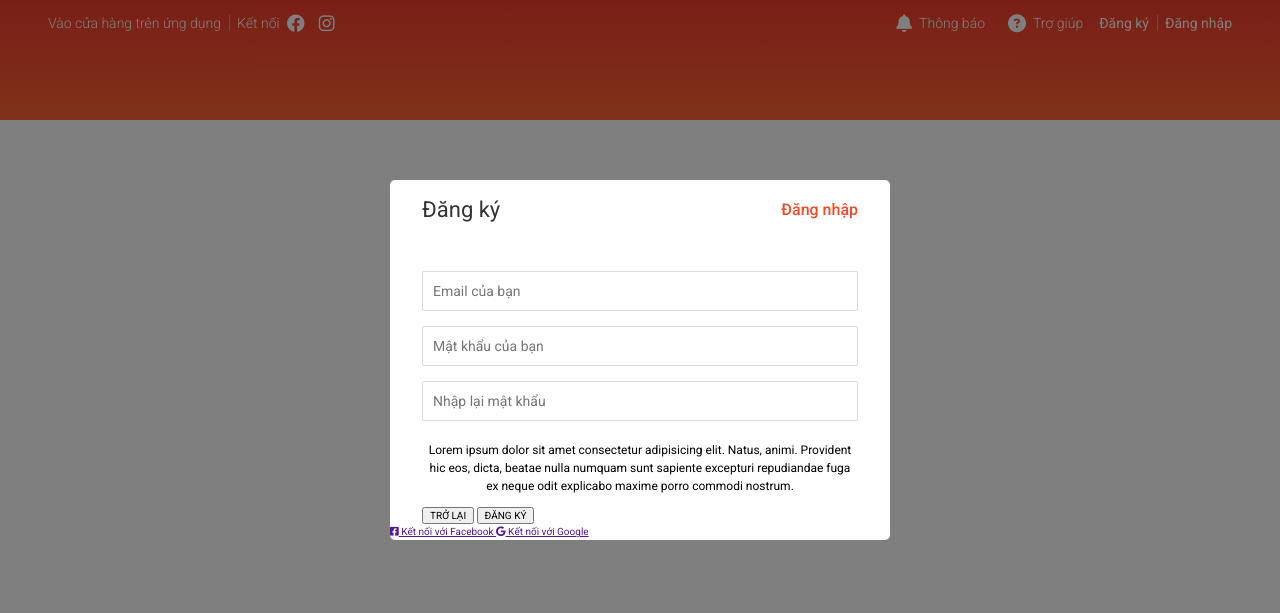
Repository: dptuyen1/F8-Tutorial
Page: index.html
These files come from the project's save history. The page is drawn as it stood at one moment and after the next save; the edit follows.
The browser window is 1280 px wide. The pictures show the whole page.

Above is the page before, as saved 2023-05-08 17:08:01.

### index.html
<!DOCTYPE html>
<html lang="en">
  <head>
    <meta charset="UTF-8" />
    <meta http-equiv="X-UA-Compatible" content="IE=edge" />
    <meta name="viewport" content="width=device-width, initial-scale=1.0" />
    <title>Document</title>
    <link
      rel="stylesheet"
      href="https://cdnjs.cloudflare.com/ajax/libs/normalize/8.0.1/normalize.min.css"
      integrity="sha512-NhSC1YmyruXifcj/KFRWoC561YpHpc5Jtzgvbuzx5VozKpWvQ+4nXhPdFgmx8xqexRcpAglTj9sIBWINXa8x5w=="
      crossorigin="anonymous"
      referrerpolicy="no-referrer"
    />
    <link rel="stylesheet" href="assets/css/base.css" />
    <link rel="stylesheet" href="assets/css/main.css" />
    <link
      rel="stylesheet"
      href="assets/fonts/fontawesome-free-6.4.0-web/css/all.min.css"
    />
    <link rel="preconnect" href="https://fonts.googleapis.com" />
    <link rel="preconnect" href="https://fonts.gstatic.com" crossorigin />
    <link
      href="https://fonts.googleapis.com/css2?family=Roboto:wght@300;400;500;700&display=swap"
      rel="stylesheet"
    />
  </head>

  <body>
    <div class="app">
      <header class="header">
        <div class="grid">
          <nav class="header__navbar">
            <ul class="header__navbar-list">
              <li
                class="header__navbar-item header__navbar-item-has-qr header__navbar-item-separate"
              >
                Vào cửa hàng trên ứng dụng
                <div class="header__qr">
                  <img
                    src="assets/img/qr_code.png"
                    alt="QR Cođe"
                    class="header__qr-img"
                  />
                  <div class="header__qr-apps">
                    <a href="" class="header__qr-link">
                      <img
                        src="assets/img/google_play.png"
                        alt="Google Play"
                        class="header__qr-download-img"
                      />
                    </a>
                    <a href="" class="header__qr-link">
                      <img
                        src="assets/img/app_store.png"
                        alt="App Store"
                        class="header__qr-download-img"
                      />
                    </a>
                  </div>
                </div>
              </li>
              <li class="header__navbar-item">
                <span class="header__navbar-title-no-pointer">Kết nối</span>
                <a href="" class="header__navbar-icon-link">
                  <i class="header__navbar-icon fa-brands fa-facebook"></i>
                </a>
                <a href="" class="header__navbar-icon-link">
                  <i class="header__navbar-icon fa-brands fa-instagram"></i>
                </a>
              </li>
            </ul>
            <ul class="header__navbar-list">
              <li class="header__navbar-item header__navbar-item--has-notify">
                <a href="" class="header__navbar-item-link">
                  <a href="" class="header__navbar-icon-link">
                    <i class="header__navbar-icon fa-solid fa-bell"></i> </a
                  >Thông báo
                </a>
                <div class="header__notify">
                  <header class="header__notify-header">
                    <h3>Thông báo mới nhận</h3>
                  </header>
                  <ul class="header__notify-list">
                    <li class="header__notify-item">
                      <a href="" class="header_notify-link">
                        <img
                          src="assets/img/comestic.jpg"
                          alt=""
                          class="header__notify-img"
                        />
                        <div class="header__notify-info">
                          <span class="header_notify-name"
                            >Mỹ phẩm Ohui chính hãng</span
                          >
                          <span class="header__notify-description"
                            >Mô tả mỹ tả Ohui chính hãng</span
                          >
                        </div>
                      </a>
                    </li>
                    <li class="header__notify-item header__notify-item--read">
                      <a href="" class="header_notify-link">
                        <img
                          src="assets/img/comestic.jpg"
                          alt=""
                          class="header__notify-img"
                        />
                        <div class="header__notify-info">
                          <span class="header_notify-name"
                            >Mỹ phẩm Ohui chính hãng</span
                          >
                          <span class="header__notify-description"
                            >Mô tả mỹ tả Ohui chính hãng</span
                          >
                        </div>
                      </a>
                    </li>
                    <li class="header__notify-item">
                      <a href="" class="header_notify-link">
                        <img
                          src="assets/img/comestic.jpg"
                          alt=""
                          class="header__notify-img"
                        />
                        <div class="header__notify-info">
                          <span class="header_notify-name"
                            >Mỹ phẩm Ohui chính hãng</span
                          >
                          <span class="header__notify-description"
                            >Mô tả mỹ tả Ohui chính hãng</span
                          >
                        </div>
                      </a>
                    </li>
                  </ul>
                  <footer class="header__notify-footer">
                    <a href="" class="header__notify-footer-btn">Xem tất cả</a>
                  </footer>
                </div>
              </li>
              <li class="header__navbar-item">
                <a href="" class="header__navbar-item-link">
                  <a href="" class="header__navbar-icon-link">
                    <i
                      class="header__navbar-icon fa-solid fa-circle-question"
                    ></i></a
                  >Trợ giúp
                </a>
              </li>
              <li
                class="header__navbar-item header__navbar-item-bold header__navbar-item-separate"
              >
                Đăng ký
              </li>
              <li class="header__navbar-item header__navbar-item-bold">
                Đăng nhập
              </li>
            </ul>
          </nav>
        </div>
      </header>

      <div class="container"></div>

      <footer class="footer"></footer>
    </div>

    <!-- Modal layout -->
    <div class="modal">
      <div class="modal__overlay"></div>
      <div class="modal__body">
        <div class="modal__inner"></div>

        <!-- Authenticated Form -->
        <form class="auth-form">
          <div class="auth-form__container">
            <div class="auth-form__header">
              <h3 class="auth_form__heading">Đăng ký</h3>
              <span class="auth_form__switch-btn">Đăng nhập</span>
            </div>
            <div class="auth-form__form">
              <div class="auth-form__group">
                <input
                  type="text"
                  class="auth-form__input"
                  placeholder="Email của bạn"
                />
              </div>
              <div class="auth-form__group">
                <input
                  type="password"
                  class="auth-form__input"
                  placeholder="Mật khẩu của bạn"
                />
              </div>
              <div class="auth-form__group">
                <input
                  type="password"
                  class="auth-form__input"
                  placeholder="Nhập lại mật khẩu"
                />
              </div>
            </div>
            <div class="auth-form__aside">
              <p>
                Lorem ipsum dolor sit amet consectetur adipisicing elit. Natus,
                animi. Provident hic eos, dicta, beatae nulla numquam sunt
                sapiente excepturi repudiandae fuga ex neque odit explicabo
                maxime porro commodi nostrum.
              </p>
            </div>
            <div class="auth-form_controls">
              <button class="btn">TRỞ LẠI</button>
              <button class="btn btn--primary">ĐĂNG KÝ</button>
            </div>
          </div>

          <div class="auth-form_socials">
            <a href="" class="btn btn--with-icon">
              <i class="fa-brands fa-square-facebook"></i>
              Kết nối với Facebook
            </a>
            <a href="" class="btn btn--with-icon">
              <i class="fa-brands fa-google"></i>
              Kết nối với Google
            </a>
          </div>
        </form>
      </div>
    </div>
  </body>
</html>

### assets/css/base.css
:root {
  --primary-color: #ee4d2d;
  --white-color: #fff;
  --black-color: #000;
  --text-color: #333;
  --border-color: #dbdbdb;
}

* {
  box-sizing: inherit;
}

html {
  font-size: 62.5%;
  line-height: 1.6rem;
  font-family: "Roboto", sans-serif;
  box-sizing: border-box;
}

.grid {
  width: 1200px;
  max-width: 100%;
  /* căn giữa */
  margin: 0 auto;
}

.grid__full-width {
  width: 100%;
}

.grid__row {
  display: flex;
  flex-wrap: wrap;
}

/* Modal */
.modal {
  position: fixed;
  top: 0;
  right: 0;
  bottom: 0;
  left: 0;
  display: flex;
}

.modal__overlay {
  position: absolute;
  width: 100%;
  height: 100%;
  background-color: rgba(0, 0, 0, 0.5);
}

.modal__body {
  background-color: var(--white-color);
  margin: auto;
  position: relative;
  z-index: 1;
  border-radius: 5px;
}

.modal__inner {
}

/* Animation */
@keyframes fadeIn {
  from {
    opacity: 0;
  }

  to {
    opacity: 1;
  }
}

@keyframes notifyGrowth {
  from {
    opacity: 0;
    transform: scale(0);
  }

  to {
    opacity: 1;
    transform: scale(1);
  }
}

### assets/css/main.css
.header {
  height: 120px;
  background-image: linear-gradient(0, #fe6433, #f53e2d);
}

.header__navbar {
  display: flex;
  justify-content: space-between;
}

.header__navbar-list {
  list-style: none;
  padding-left: 0;
}

.header__navbar-item {
  margin: 0 8px;
  position: relative;
  min-height: 26px;
}

.header__navbar-item-has-qr:hover .header__qr {
  display: block;
}

.header__navbar-item,
.header__navbar-item-link {
  display: inline-block;
  font-size: 1.4rem;
  color: var(--white-color);
  text-decoration: none;
  font-weight: 300;
}

.header__navbar-list,
.header__navbar-item,
.header__navbar-item-link,
.header__navbar-icon-link {
  display: inline-flex;
  align-items: center;
}

.header__navbar-item:hover,
.header__navbar-item-link:hover,
.header__navbar-icon-link:hover {
  color: rgba(255, 255, 255, 0.5);
  cursor: pointer;
}

.header__navbar-item--has-notify:hover .header__notify {
  display: block;
}

.header__navbar-item-bold {
  font-weight: 400;
}

.header__navbar-item-separate::after {
  content: "";
  display: block;
  position: absolute;
  border-left: 1px solid #fb9086;
  height: 16px;
  right: -9px;
  top: 50%;
  transform: translateY(-50%);
}

.header__navbar-icon-link {
  color: var(--white-color);
  text-decoration: none;
}

.header__navbar-icon {
  font-size: 1.8rem;
  margin: 0 7px;
}

.header__navbar-title-no-pointer {
  cursor: text;
  color: var(--white-color);
}

/* Header QR Code  */
.header__qr {
  width: 185px;
  background-color: var(--white-color);
  position: absolute;
  left: 0;
  /* cao bằng thẻ chứa nó */
  top: 150%;
  padding: 8px;
  border-radius: 2px;
  display: none;
  animation: fadeIn ease-in 0.5s;
}

.header__qr::before {
  content: "";
  display: block;
  position: absolute;
  width: 100%;
  height: 20px;
  left: 0;
  top: -20px;
}

.header__qr-img {
  width: 100%;
}

.header__qr-apps {
  display: flex;
  justify-content: space-between;
}

.header__qr-link:first-child {
  margin-left: 11px;
}

.header__qr-link:last-child {
  margin-right: 11px;
}

.header__qr-download-img {
  height: 15px;
}

/* Header notification */

.header__notify {
  position: absolute;
  top: 150%;
  right: 0;
  width: 405px;
  background-color: var(--white-color);
  border: 1px solid #d3d3d3;
  border-radius: 2px;
  cursor: default;
  transform-origin: top right;
  display: none;
  animation: notifyGrowth ease-in 0.5s;
}

.header__notify::before {
  content: "";
  border-width: 20px 30px;
  border-style: solid;
  border-color: transparent transparent var(--white-color) transparent;
  position: absolute;
  right: 0;
  top: -30px;
}

.header__notify::after {
  content: "";
  display: block;
  position: absolute;
  right: 0;
  top: -20px;
  width: 100%;
  height: 20px;
}

.header__notify-header {
  height: 40px;
  background-color: var(--white-color);
}

.header__notify-header h3 {
  color: #999;
  margin: 0 0 0 12px;
  font-weight: 400;
  font-size: 1.4rem;
  line-height: 40px;
}

.header__notify-list {
  padding-left: 0;
}

.header__notify-item {
  display: flex;
}

.header__notify-item:hover {
  background-color: #f7f7f7;
}

.header__notify-item--read {
  background-color: rgba(238, 77, 45, 0.2);
}

.header_notify-link {
  width: 100%;
  display: flex;
  padding: 12px;
  text-decoration: none;
}

.header__notify-img {
  width: 50px;
  object-fit: contain;
}

.header__notify-info {
  margin-left: 12px;
}

.header_notify-name {
  display: block;
  font-size: 1.4rem;
  color: var(--black-color);
  font-weight: 400;
}

.header__notify-description {
  display: block;
  font-size: 1.2rem;
  line-height: 2rem;
  color: #756f6e;
  margin-top: 10px;
}

.header__notify-footer {
  display: flex;
}

.header__notify-footer-btn {
  text-decoration: none;
  color: var(--text-color);
  margin: 0 auto;
  padding: 10px;
  font-size: 1.4rem;
  font-weight: 400;
}

/* Authenticated modal */
.auth-form {
  width: 500px;
}

.auth-form__container {
  padding: 0 32px;
}

.auth-form__header {
  display: flex;
  align-items: center;
  justify-content: space-between;
}

.auth_form__heading {
  font-size: 2.2rem;
  font-weight: 400;
  color: var(--text-color);
}

.auth_form__switch-btn {
  font-size: 1.6rem;
  color: var(--primary-color);
  font-weight: 500;
  cursor: pointer;
}

.auth-form__form {
  margin-top: 16px;
}

.auth-form__group {
}

.auth-form__input {
  width: 100%;
  height: 40px;
  margin-top: 15px;
  padding: 0 10px;
  font-size: 1.4rem;
  border: 1px solid var(--border-color);
  border-radius: 2px;
  outline: none;
}

.auth-form__input:focus {
  border-color: #777;
}

.auth-form__aside {
  margin-top: 20px;
}

.auth-form__aside p {
  font-size: 1.2rem;
  line-height: 1.8rem;
  text-align: center;
}

.auth-form_controls {
}

.btn {
}

.btn--primary {
}

.auth-form_socials {
}

.btn--with-icon {
}

.fa-brands {
}

.fa-square-facebook {
}

.fa-google {
}

Loaded but not shown: assets/fonts/fontawesome-free-6.4.0-web/css/all.min.css (library)

After the next save:
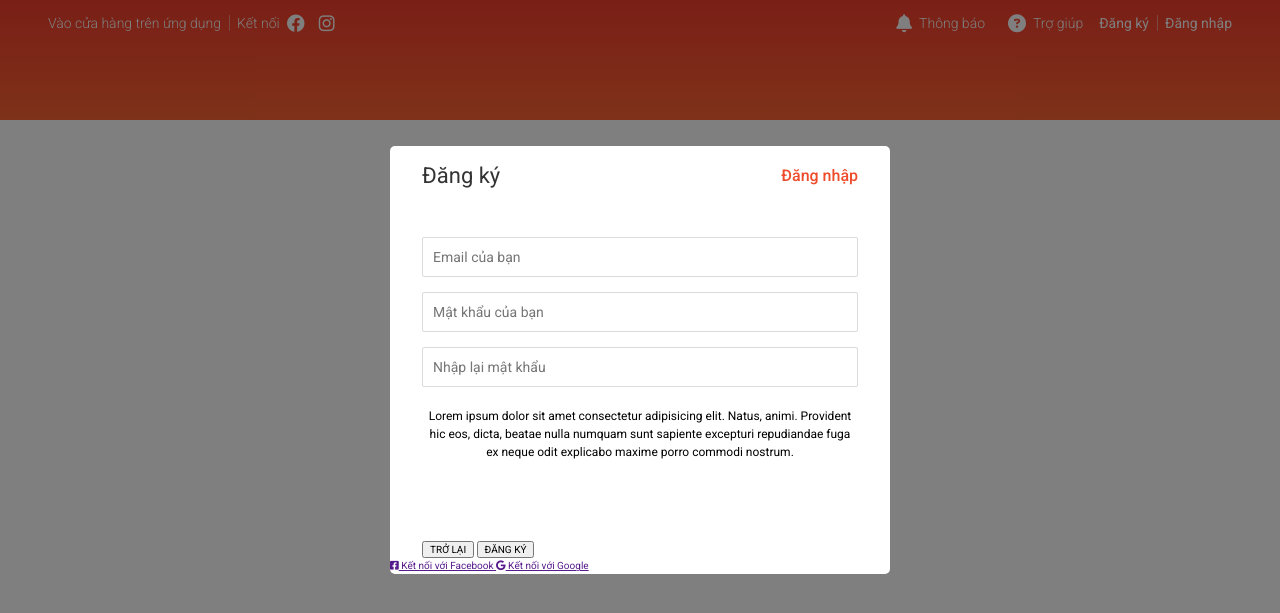
Saved 64 s later.
--- a/assets/css/main.css
+++ b/assets/css/main.css
@@ -296,6 +296,7 @@
 }
 
 .auth-form_controls {
+  margin-top: 80px;
 }
 
 .btn {
